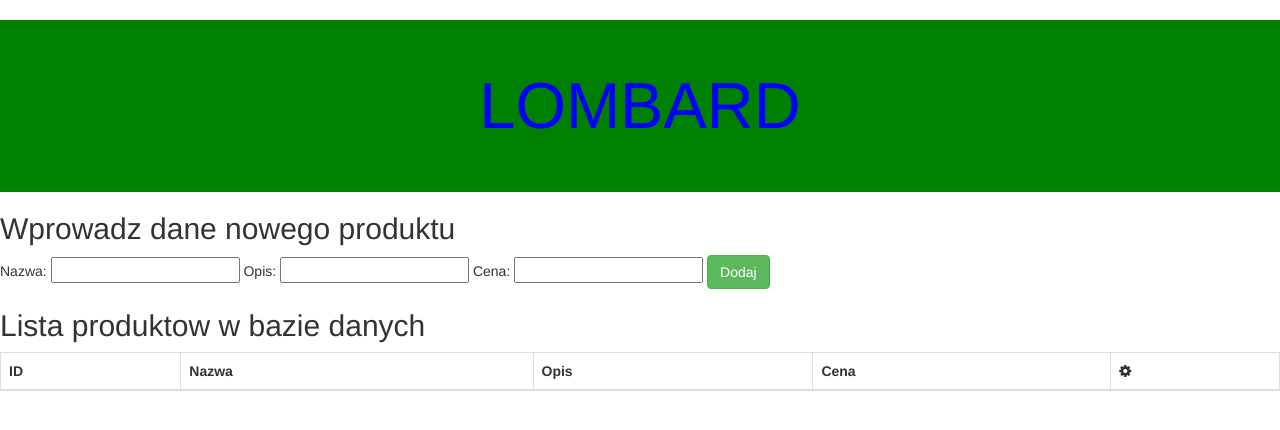
Repository: Hordix/CRUDapp
Page: Pulpit/Worspace/crudApplication1/src/main/resources/static/index.html
The author's editor kept a copy of each file at every save. The page is drawn from the files as they stood at one save, then again after the next save.
The browser window is 1280 px wide. The pictures show the whole page.
The page's requests for data from a server got no answer. Some web libraries are served in a nearby version.

Above is the page before, as saved 2017-08-31 12:53:37.

### Pulpit/Worspace/crudApplication1/src/main/resources/static/index.html
<!doctype html>
<html>

<head>
     <script src="https://ajax.googleapis.com/ajax/libs/angularjs/1.5.2/angular.min.js"></script>
   <meta charset="utf-8">
  <meta name="viewport" content="width=device-width, initial-scale=1">
  <link rel="stylesheet" href="https://maxcdn.bootstrapcdn.com/bootstrap/3.3.7/css/bootstrap.min.css">
  <script src="https://ajax.googleapis.com/ajax/libs/jquery/3.2.1/jquery.min.js"></script>
  <script src="https://maxcdn.bootstrapcdn.com/bootstrap/3.3.7/js/bootstrap.min.js"></script>
  <link href="https://cdnjs.cloudflare.com/ajax/libs/font-awesome/4.4.0/css/font-awesome.min.css" rel='stylesheet' type='text/css'>

</head>

<body ng-app="myapp"  >


<div  ng-controller="HelloController">
<h1 ng-style="myObj"><center>LOMBARD</center></h1>




    <h2>Wprowadz dane nowego produktu</h2>
    <form>
        Nazwa: <input type="text" ng-model="name">
        Opis: <input type="text" ng-model="destripciton">
        Cena: <input type="number" ng-model="price">

        <button type="button" class="btn btn-success" ng-click="addProduct()">Dodaj</button>
    </form>



    <h2>Lista produktow w bazie danych</h2>

    <table class="table table-striped table-bordered table-list">
                  <thead>
                    <tr>

                        <th class="hidden-xs">ID</th>
                        <th>Nazwa</th>
                        <th>Opis</th>
                        <th>Cena</th>
                         <th><em class="fa fa-cog"></em></th>
                    </tr>
                  </thead>
                  <tbody>
                          <tr ng-repeat="product in products">

                            <td class="hidden-xs">{{porduct.id}}</td>
                            <td ng-show="!edit"> {{product.name}}</td>
                            <td ng-show="!edit"> {{product.destripciton}}</td>
                            <td ng-show="!edit"> {{product.price}}</td>

                            <td ng-show="edit">
                            <input type="text" ng-model="product.name">
                            </td>
                            <td ng-show="edit">
                            <input type="text" ng-model="product.destripciton">
                            </td>
                            <td ng-show="edit">
                            <input type="text" ng-model="product.price">
                            </td>
                            <td align="center">
                              <a ng-show="!edit" ng-click="edit = true" class="btn btn-default"><em class="fa fa-pencil"></em></a>
                              <a ng-show="!edit" ng-click="deleteProduct(product.id)" class="btn btn-danger"><em class="fa fa-trash"></em></a>
                              <a ng-show="edit" ng-click="editProduct(product)" class="btn btn-danger"><em class="fa fa-save"></em></a>
                            </td>
                          </tr>
                        </tbody>
                </table>

</div>

<script>
    angular.module("myapp", [])



            .controller("HelloController", function ($scope, $http) {
              $scope.myObj = {
              "color" : "blue",
              "background-color" : "green",
              "font-size" : "65px",
              "padding" : "50px"
    }

            $http({
                method: 'GET',
                url: '/products'
            }).then(function (response) {
                console.log(response)
                $scope.products = response.data;
            });

//            $http({
//                method: 'GET',
//                url: '/someUrl'
//            }).then(function successCallback(response) {
//            }, function errorCallback(response) {
//            });


            $scope.helloTo = {};

            $scope.helloTo.title = "AngularJS";


            $scope.deleteProduct = function (id) {
                $http({
                    method: 'DELETE',
                    url: '/products/' + id
                }).then(function (response) {
                    $scope.products = $scope.products.filter(function (product) {
                        return product.id != id
                    })
                });
            }


            $scope.addProduct = function () {
                var product = {
                    name: $scope.name,
                    destripciton: $scope.destripciton,
                    price: $scope.price
                };
                $http({
                        method: 'POST',
                        url: '/products',
                        data: product
                    }
                ).then(function (response) {
                    console.log(response)
                    product.id = response.data.id;
                    $scope.products.push(product)
                });

            }
            $scope.editProduct = function (product) {
             $http({
                        method: 'PUT',
                        url: '/products/' + product.id,
                        data:  {
                    name: product.name,
                    destripciton: product.destripciton,
                    price: product.price
                }
                    }
                ).then(function (response) {

                    $scope.edit = false;
                });
            }


        });
</script>

</body>
</html>

After the next save:
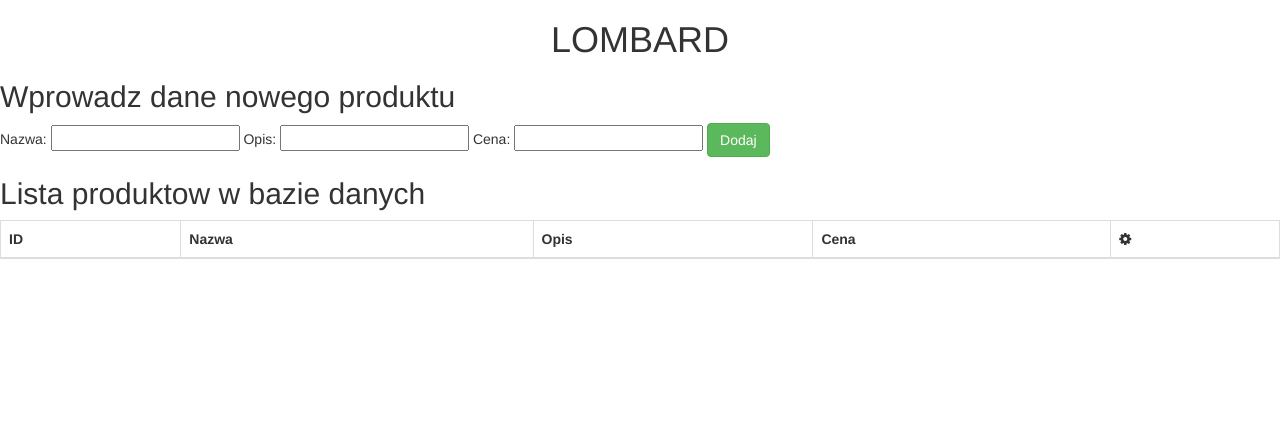
Saved 81 s later.
--- a/Pulpit/Worspace/crudApplication1/src/main/resources/static/index.html
+++ b/Pulpit/Worspace/crudApplication1/src/main/resources/static/index.html
@@ -102,7 +102,7 @@
 //            });
 
 
-            $scope.helloTo = {};
+            $scope.edit = false;
 
             $scope.helloTo.title = "AngularJS";
 

After the 2 saves that followed:
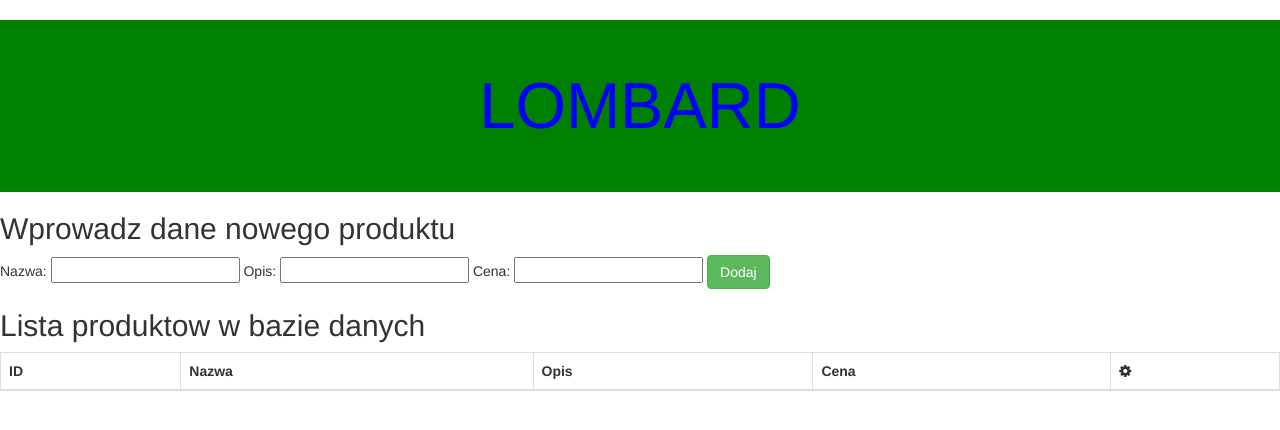
The 2 saves are shown as one change because 1 left the picture as it was.
The last was saved 79 s later.
--- a/Pulpit/Worspace/crudApplication1/src/main/resources/static/index.html
+++ b/Pulpit/Worspace/crudApplication1/src/main/resources/static/index.html
@@ -102,9 +102,9 @@
 //            });
 
 
-            $scope.edit = false;
+             $scope.edit = false;
 
-            $scope.helloTo.title = "AngularJS";
+
 
 
             $scope.deleteProduct = function (id) {
